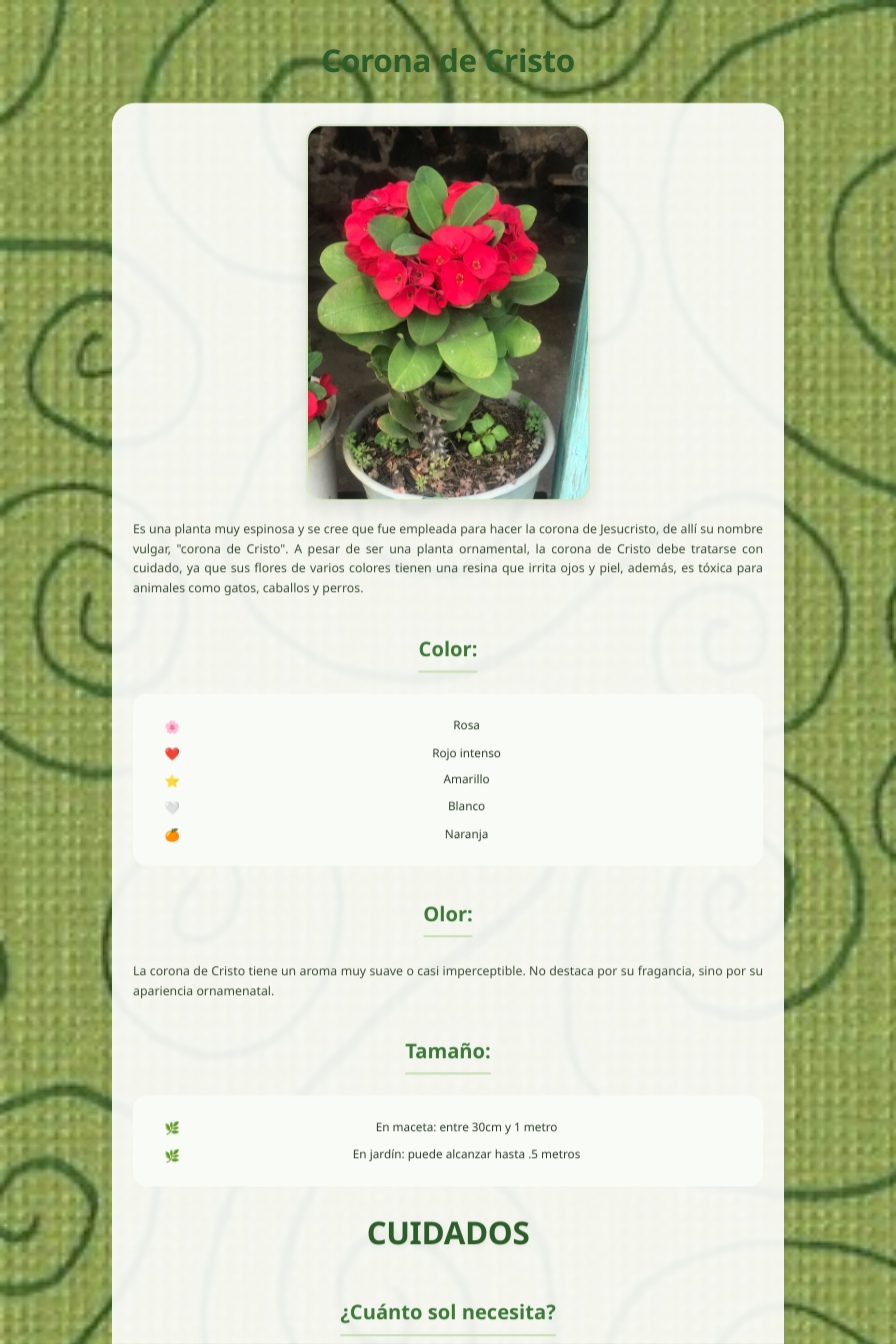
Repository: carrascokarencb37-afk/Nuura
Page: html/guiaPlant/planta1.html
These files come from the project's save history. The page is drawn as it stood at one moment and after the next save; the edit follows.
The browser window is 1280 px wide. The pictures show the part of the page from y = 0 to 1920 px (the page is 3475 px tall before and 3442 px after), at 70% of full size.

Above is the page before, as saved 2026-05-22 23:15:50.

### html/guiaPlant/planta1.html
<!DOCTYPE html>
<html lang="en">
<head>
    <meta charset="UTF-8">
    <meta name="viewport" content="width=device-width, initial-scale=1.0">
    <title>Nuura - Corona de Cristo</title>
    <link rel="stylesheet" href="../../css/guiasPlant.css">
</head>
<body>
    <h1 class="titulo">Corona de Cristo</h1>

    <div class="container">
        <img class="foto" src="../../img/plantas/coronita.jpg">
        <p>Es una planta muy espinosa y se cree que fue empleada para hacer
            la corona de Jesucristo, de allí su nombre vulgar, "corona de Cristo".
            A pesar de ser una planta ornamental, la corona de Cristo debe tratarse
            con cuidado, ya que sus flores de varios colores tienen una resina que
            irrita ojos y piel, además, es tóxica para animales como gatos, caballos y
            perros.</p><br><br>

        <h2>Color:</h2>
        <ul>
            <li>Rosa</li>
            <li>Rojo intenso</li>
            <li>Amarillo</li>
            <li>Blanco</li>
            <li>Naranja</li>
        </ul>
        <br><br>

        <h2>Olor:</h2>
        <p>La corona de Cristo tiene un aroma muy suave o casi imperceptible. No
            destaca por su fragancia, sino por su apariencia ornamenatal.</p>
        <br><br>

        <h2>Tamaño:</h2>
        <ul>
            <li>En maceta: entre 30cm y 1 metro</li>
            <li>En jardín: puede alcanzar hasta .5 metros</li>
        </ul>
        <br><br>

        <h1>CUIDADOS</h1>
        <h2> ¿Cuánto sol necesita?</h2>
        <p>Minimo a 4 a 6 horas de sol directo al día.</p>
        <p>Mientras más luz tenga, más flores producirá.</p>
        <br><br>

        <h2>Puede vivir en:</h2>
        <ul>
            <li>Patios</li>
            <li>Terrazas</li>
            <li>Jardines soleados</li>
            <li>Ventanas iluminadas</li>
        </ul>
        <br><br>

        <h2>¿Cuánta agua necesita?</h2>
        <p>Riego moderado, cada 1 o 2 veces a la semana en clima cálido.</p>
        <p>En invierno, reducir el riego a cada 10 o 15 dias.</p>

        <h2>IMPORTANTE!</h2>
        <p>No encharcar la tierra, porque sus raíces pueden pudrirse.</p>
        <br><br>

        <h2>Poda</h2>
        <p>Se recomienda podar la corona de Cristo después de la floración para mantener su forma y promover el crecimiento de nuevas ramas.</p>
        <p>Retirar hojas secas, flores marchitas y ramas dañadas</p>
        <br><br>

        <h2>Dato interesnte</h2>
        <p>La corona de Cristo es originaria de México y América Central, pero se ha cultivado en todo el mundo como planta ornamental debido a su belleza y facilidad de cuidado.</p>
        <p>Es muy popular porque florece casi todo el año, necesita poco mantenimiento, soporta calor intenso y es ideal para principiantes.</p>

        <h2>✨ literalmente una plantita superviviente del desierto con energía de: “yo puedo sola” 🌵👑</h2>

    </div>
</body>
</html>

### css/guiasPlant.css
/*Importar fuente chewy*/
@font-face {
    font-family: 'chewy';
    src: url(../fonts/Chewy-Regular.ttf) format('truetype');
    font-weight: normal;
    font-style: normal;
}
body {
    background-image: url(../img/fondo_medio.jpg);
    background-size: cover;
    margin: 0;
    justify-content: center;
    text-align: center;
    padding: 2rem;

        font-family: 'Segoe UI', Tahoma, Geneva, Verdana, sans-serif;
    color: #2d3e2b;
    line-height: 1.6;
    padding: 20px;
    min-height: 100vh;
}

/* Contenedor principal */
.container {
    max-width: 900px;
    margin: 0 auto;
    background: rgba(255, 255, 255, 0.9);
    border-radius: 32px;
    padding: 30px;
    box-shadow: 0 20px 40px rgba(0, 0, 0, 0.08);
    backdrop-filter: blur(2px);
}

/* Título principal */
h1 {
    text-align: center;
    font-size: 2.8rem;
    color: #2c5e2a;
    margin-bottom: 25px;
    font-weight: 600;
    letter-spacing: -0.5px;
    text-shadow: 2px 2px 8px rgba(0,0,0,0.05);
}

/* Imagen */
.foto {
    width: 100%;
    max-width: 400px;
    height: auto;
    border-radius: 24px;
    display: block;
    margin: 0 auto 25px auto;
    box-shadow: 0 10px 25px rgba(0, 0, 0, 0.1);
    transition: transform 0.3s ease;
    border: 3px solid #d4e6c3;
}

.foto:hover {
    transform: scale(1.02);
}

/* Párrafos */
p {
    font-size: 1.1rem;
    margin-bottom: 20px;
    text-align: justify;
    color: #3a4d36;
}

/* Subtítulos (h2) */
h2 {
    font-size: 1.8rem;
    color: #3b7a37;
    margin-top: 30px;
    margin-bottom: 15px;
    padding-bottom: 8px;
    border-bottom: 3px solid #c8e0b5;
    display: inline-block;
}

/* Listas */
ul {
    background: #f9fbf6;
    padding: 20px 20px 20px 45px;
    border-radius: 20px;
    margin: 15px 0;
    list-style-type: none;
}

ul li {
    margin: 12px 0;
    font-size: 1.05rem;
    position: relative;
    padding-left: 28px;
}

ul li::before {
    content: "🌿";
    position: absolute;
    left: 0;
    top: 0;
    font-size: 1.1rem;
}

/* Colores especiales para la lista de colores */
ul:first-of-type li:nth-child(1)::before { content: "🌸"; }
ul:first-of-type li:nth-child(2)::before { content: "❤️"; }
ul:first-of-type li:nth-child(3)::before { content: "⭐"; }
ul:first-of-type li:nth-child(4)::before { content: "🤍"; }
ul:first-of-type li:nth-child(5)::before { content: "🍊"; }

/* Separadores */
br {
    display: none;
}

/* Espaciado entre secciones */
.container section {
    margin-bottom: 20px;
}

/* Responsive */
@media (max-width: 600px) {
    body {
        padding: 10px;
    }

    .container {
        padding: 20px;
    }

    h1 {
        font-size: 2rem;
    }

    h2 {
        font-size: 1.5rem;
    }

    p, li {
        font-size: 1rem;
    }
}
img{
    width: 300px;
    height: auto;
    border-radius: 15px;
    margin-bottom: 1rem;
}

After the next save:
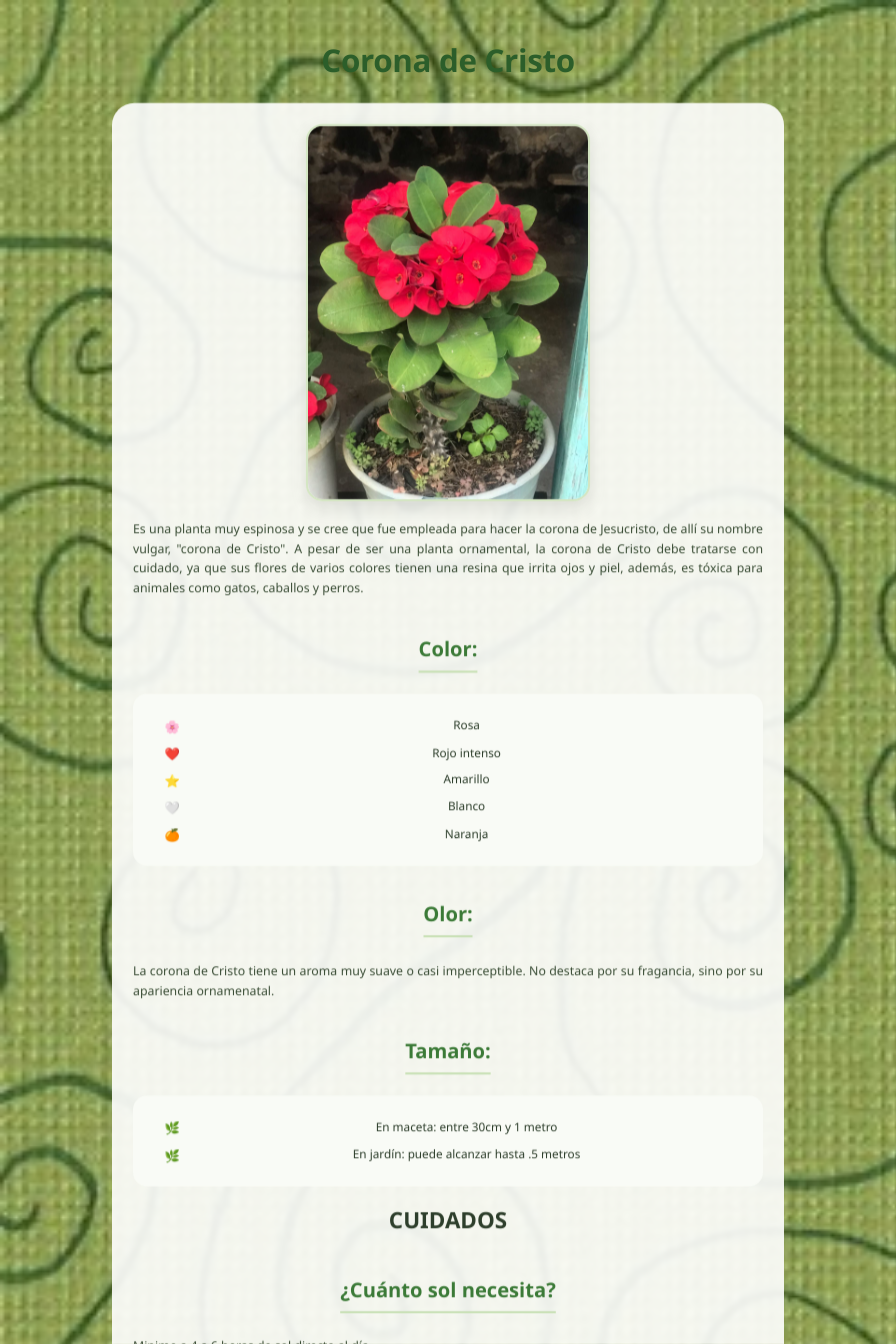
Saved 27 s later.
--- a/css/guiasPlant.css
+++ b/css/guiasPlant.css
@@ -32,7 +32,7 @@ body {
 }
 
 /* Título principal */
-h1 {
+.titulo {
     text-align: center;
     font-size: 2.8rem;
     color: #2c5e2a;
